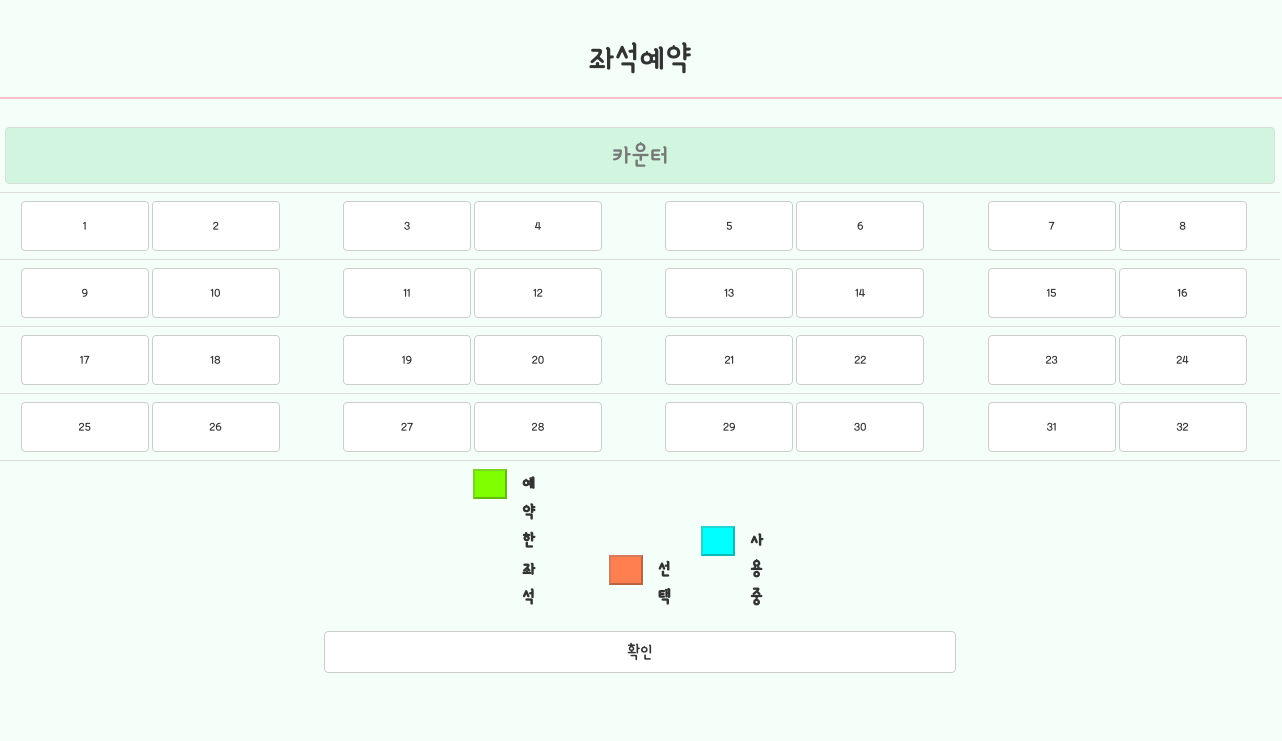
Repository: khm2034/cafe-system
Page: http://localhost/jspwebserver/WEB-INF/views/seat.jsp
An editor plug-in stored every save of this project. The page is shown before and after the next save, followed by the edit.
The browser window is 1280 px wide. The page is 1282 px wide, so the pictures cover 1282 px, including what lies to the right of the window. The pictures show the whole page.
Some web libraries are served in a nearby version. The page is served by Tomcat 9. Nobody is signed in. The template is opened directly, without the code that normally fills it, so the values that code supplies are empty.

Above is the page before, as saved 2017-12-16 17:21:16.

After the next save:
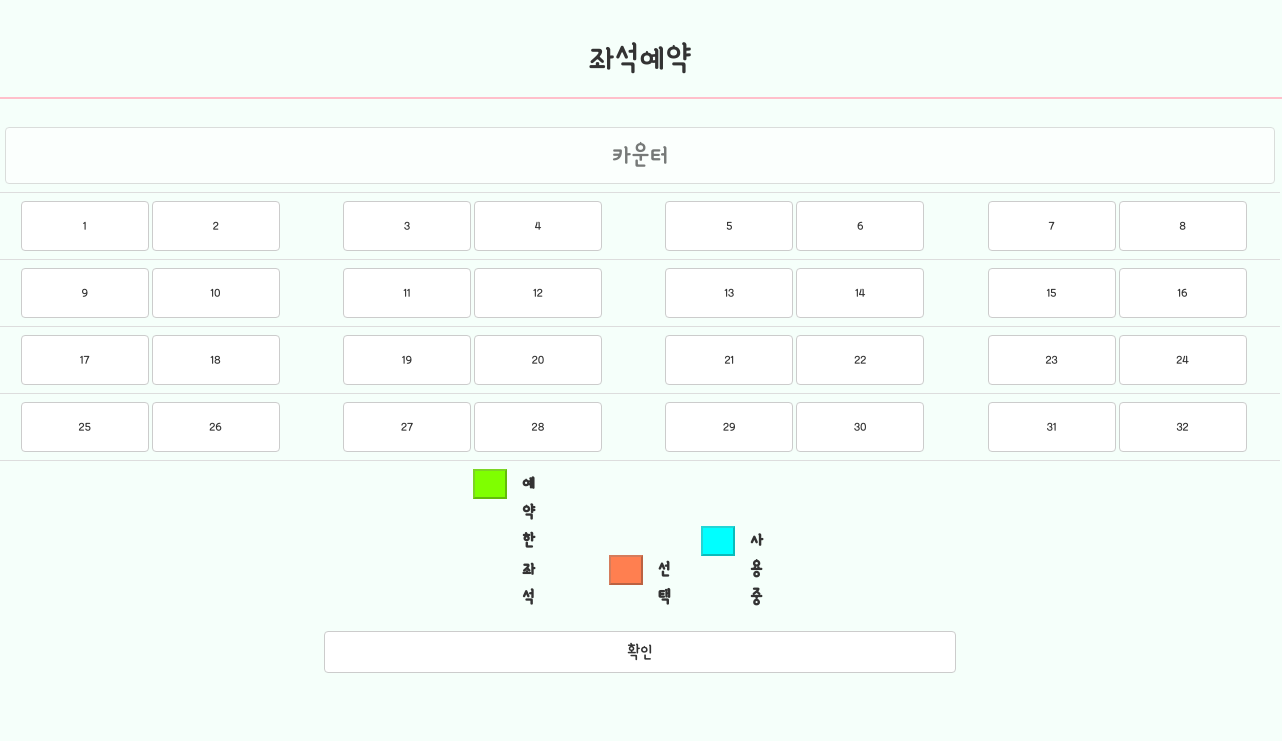
Saved 76 s later.
--- a/jsp/jspwebserver/src/main/webapp/resources/css/custom.css
+++ b/jsp/jspwebserver/src/main/webapp/resources/css/custom.css
@@ -149,7 +149,7 @@ input[type="date"]{
 .counter > button{
   width: 100%;
   font-size: 30px;
-  background-color: #c0f1d1 !important;
+  background-color: #b9b9b9;
 }
 
 .seat{
